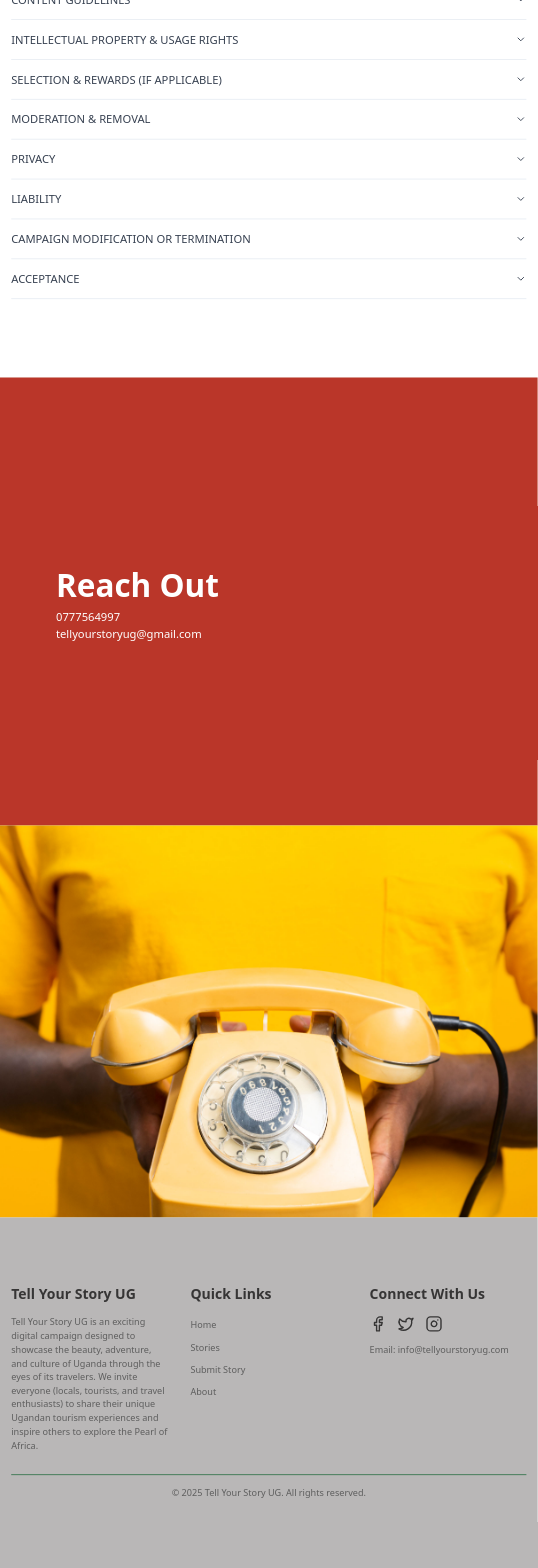
Repository: kaizoku010/take.part
Page: /
These files come from the project's save history. The page is drawn as it stood at one moment and after the next save; the edit follows.
The browser window is 768 px wide. The pictures show the part of the page from y = 3995 to 6235 px (the page is 6235 px tall), at 70% of full size.
Backgrounds fixed to the window are drawn as part of the page. The project was rebuilt for these pictures with package versions that can differ from the ones it lists, and the page was loaded fresh each time. Also part of the build but not shown: vite.config.ts, src/components/ui/tooltip.tsx, src/pages/About.tsx, src/components/ui/input.tsx, src/pages/Stories.tsx, src/pages/StoryDetail.tsx, src/components/ui/use-toast.ts, src/components/ui/label.tsx and 3 more.

Above is the page before, as saved 2025-04-14 17:07:32.

After the next save:
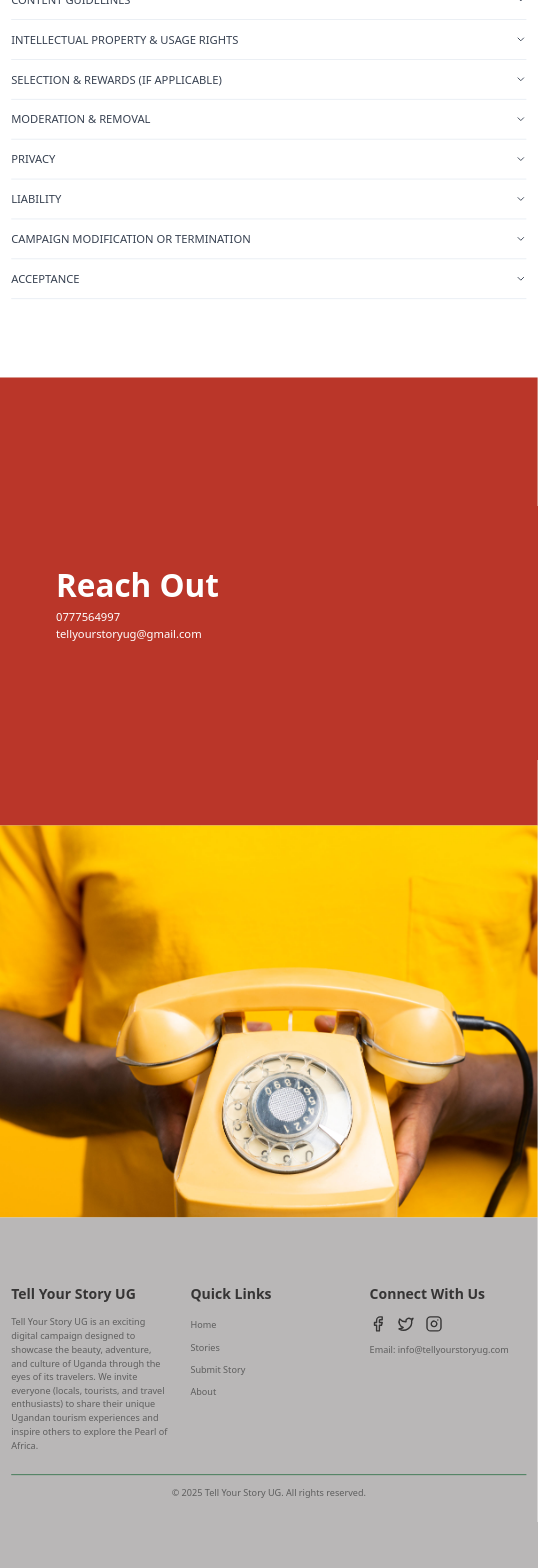
Saved 6 s later.
--- a/src/mobile.css
+++ b/src/mobile.css
@@ -44,7 +44,6 @@
 
 #cta-section-2{
     width: 100%;
-    background-position: center;
     height: 35rem;
 }
 
